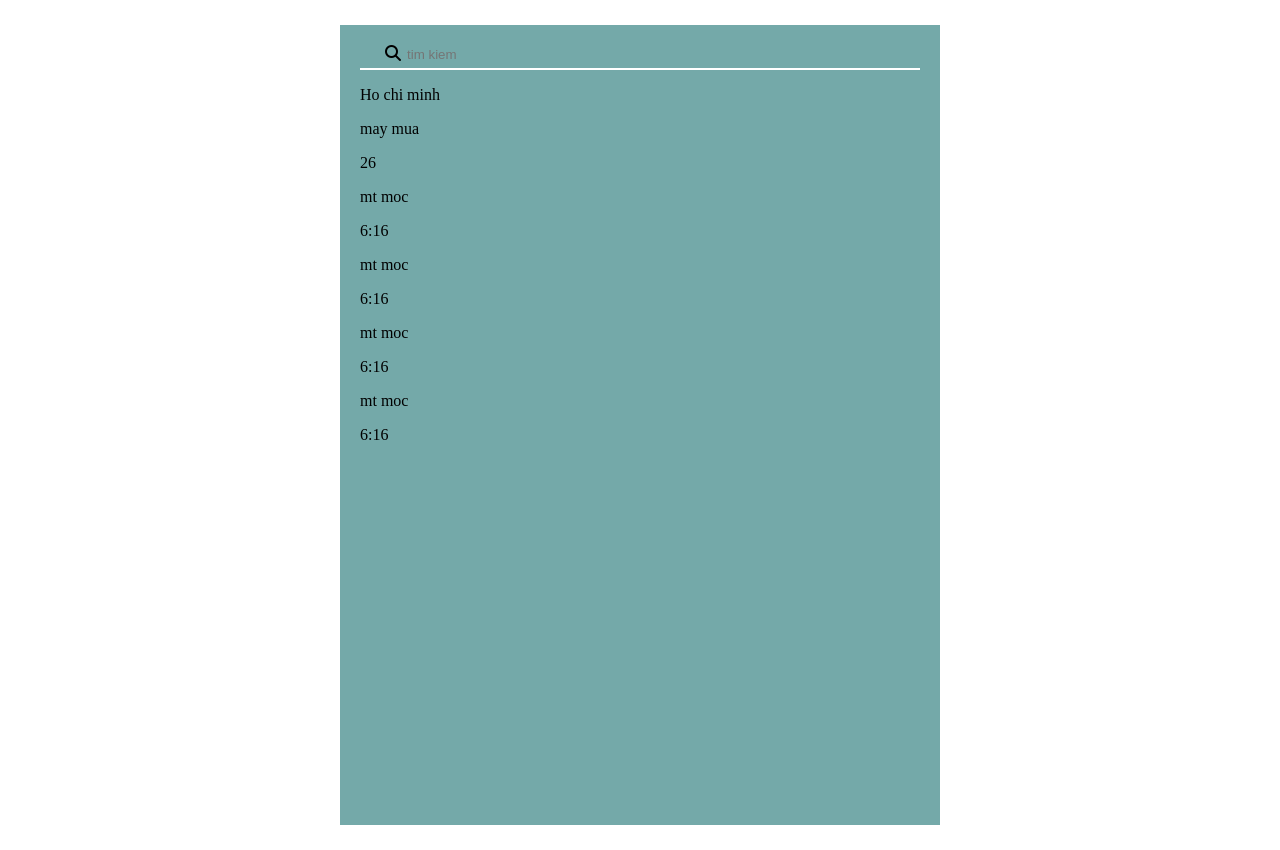
Repository: tienbkvn0605/weatherApp
Page: index.html
An editor plug-in stored every save of this project. The page is shown before and after the next save, followed by the edit.
The browser window is 1280 px wide. The pictures show the whole page.

Above is the page before, as saved 2022-10-05 16:46:43.

### index.html
<!DOCTYPE html>
<html lang="en">
  <head>
    <meta charset="UTF-8" />
    <meta http-equiv="X-UA-Compatible" content="IE=edge" />
    <meta name="viewport" content="width=device-width, initial-scale=1.0" />
    <link
      rel="stylesheet"
      href="https://cdnjs.cloudflare.com/ajax/libs/font-awesome/6.2.0/css/all.min.css"
      integrity="sha512-xh6O/CkQoPOWDdYTDqeRdPCVd1SpvCA9XXcUnZS2FmJNp1coAFzvtCN9BmamE+4aHK8yyUHUSCcJHgXloTyT2A=="
      crossorigin="anonymous"
      referrerpolicy="no-referrer"
    />
    <link rel="stylesheet" href="appstyle.css" />
    <title>Get Weather</title>
  </head>
  <body>
    <div class="container">
      <div class="main-section">
        <div class="search-bar">
          <i class="fa fa-search" aria-hidden="true"></i>
          <input type="text" placeholder="tim kiem" class="search-input" />
        </div>
        <p class="name-city">Ho chi minh</p>
        <p class="desc">may mua</p>
        <div class="status-icon"></div>
        <p class="template">26</p>
      </div>
      <div class="additional-section">
        <div class="colum">
          <div class="title">mt moc</div>
          <p class="time">6:16</p>
          <div class="title">mt moc</div>
          <p class="time">6:16</p>
        </div>
        <div class="colum">
          <div class="title">mt moc</div>
          <p class="time">6:16</p>
          <div class="title">mt moc</div>
          <p class="time">6:16</p>
        </div>
      </div>
    </div>
  </body>
  <script src="app.js"></script>
</html>

### appstyle.css
*,
*:before,
*:after {
  box-sizing: border-box;
  -webkit-box-sizing: border-box;
}
.container {
  width: 600px;
  height: 800px;
  background-color: rgb(116, 169, 169);
  margin: 25px auto;
  padding: 20px;
}
.search-bar {
  margin: 0 auto;
  border-bottom: 2px solid white;
  padding: 0px 25px 5px;
  align-items: center;
}
.search-input {
  border: 0;
  outline: none;
  background-color: transparent;
  color: white;
}

Loaded but not shown: app.js (no stored copy; drawn as an empty file)

After the next save:
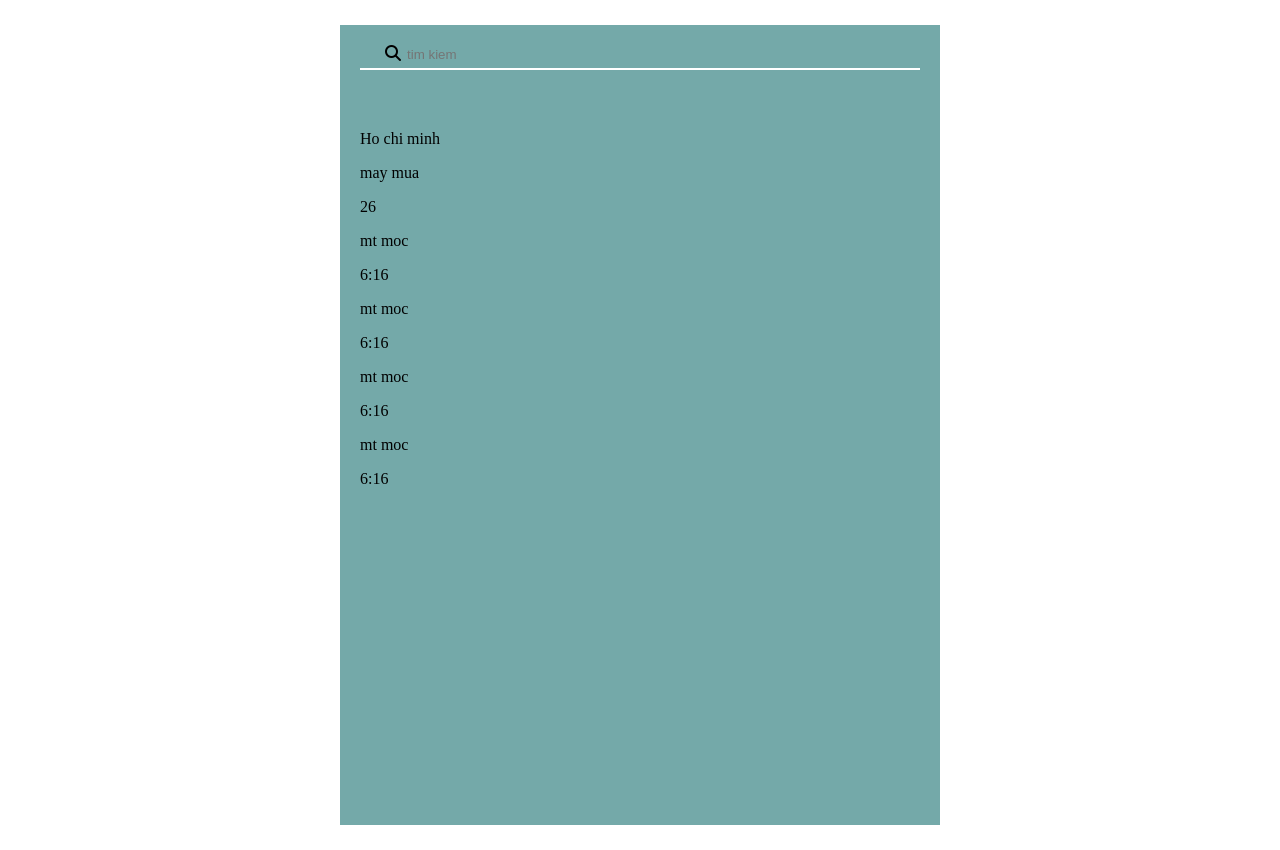
Saved 24 s later.
--- a/appstyle.css
+++ b/appstyle.css
@@ -16,6 +16,7 @@
   border-bottom: 2px solid white;
   padding: 0px 25px 5px;
   align-items: center;
+  margin-bottom: 60px;
 }
 .search-input {
   border: 0;
